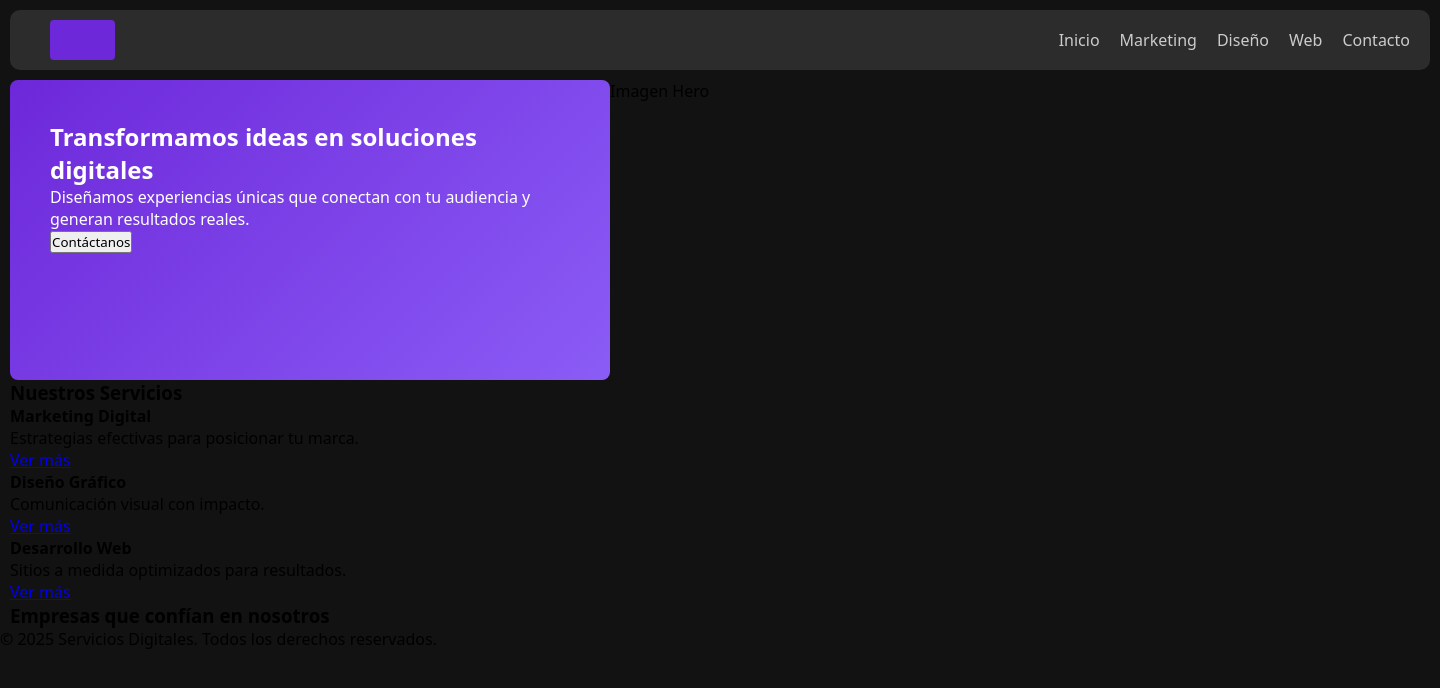
Repository: santinogarrone/TrabajoAgustin
Page: html/index.html
An editor plug-in stored every save of this project. The page is shown before and after a run of saves, followed by the edit.
The browser window is 1440 px wide. The pictures show the whole page.

Above is the page before, as saved 2025-05-02 12:15:30.

### html/index.html
<!DOCTYPE html>
<html lang="en">
<head>
    <meta charset="UTF-8">
    <meta name="viewport" content="width=device-width, initial-scale=1.0">
    <link rel="stylesheet" href="../css/style.css">
    <title>Página de Agustin</title>
</head>
<body>

    <header>
        <nav class="nav-bar">
            <div class="cuadrado-violeta">

            </div>


            <ul class="nav-list">
                <li class="nav-item"><a href="">Inicio</a></li>
                <li class="nav-item"><a href="">Marketing</a></li>
                <li class="nav-item"><a href="">Diseño</a></li>
                <li class="nav-item"><a href="">Web</a></li>
                <li class="nav-item"><a href="">Contacto</a></li>
            </ul>

            <button class="menu-icon" aria-label="menu">
                <span class="menu-line"></span>
                <span class="menu-line"></span>
                <span class="menu-line"></span>
            </button>
        </nav>
    </header>
        <main>

            <section class="main-contact">
                <div class="contacto">
                    <h2 class="tit-contacto">Transformamos ideas en soluciones digitales</h2>
                    <p class="explicacion">Diseñamos experiencias únicas que conectan con tu audiencia y generan resultados reales.</p>

                    <button class="boton-contactar" onclick="location.href='../html/contacto.html'">
                        Contáctanos
                    </button>
                </div>

                <div class="img-hero">
                    Imagen Hero
                </div>
            </section>

            <section class="servicios">
                <h3>Nuestros Servicios</h3>

                <div class="card">
                    <h4>Marketing Digital</h4>
                    <p>Estrategias efectivas para posicionar tu marca.</p>
                    <a href="../html/marketing.html">Ver más</a>
                </div>

                <div class="card">
                    <h4>Diseño Gráfico</h4>
                    <p>Comunicación visual con impacto.</p>
                    <a href="#">Ver más</a>
                </div>

                <div class="card">
                    <h4>Desarrollo Web</h4>
                    <p>Sitios a medida optimizados para resultados.</p>
                    <a href="#">Ver más</a>
                </div>

            </section>

            <section class="empresas">
                <h3>Empresas que confían en nosotros</h3>
                <article class="logos">
                    <div class="logo"></div>
                    <div class="logo"></div>
                    <div class="logo"></div>
                    <div class="logo"></div>
                </article>

            </section>

        </main>

    <footer>
        <div class="ftr">
            <p>&copy; 2025 Servicios Digitales. Todos los derechos reservados.</p>
        </div>
    </footer>
</body>
</html>

### css/style.css
@import url(./global.css);

*{
    margin: 0;
    padding: 0;
    box-sizing: border-box;
    font-family: var(--font-family);
}


body{
    background-color: var(--fondo-color);
    height: 100%;
}
main{
    margin: 0 10px;
}

header{
    padding: 10px;
}
.cuadrado-violeta{
    display: block;
    width: 65px;
    height: 40px;
    background-color: var(--primary-color-original);
    border-radius: 4px;
    margin-left: 20px;
}


.nav-bar {
    display: flex;
    align-items: center;
    justify-content: space-between;
    background-color: #2c2c2c;
    padding: 10px 20px;
    border-radius: 10px;
    position: relative;
  }

  .menu-icon {
    display: none;
  }

  .menu-line {
    height: 4px;
    background-color: white;
    border-radius: 2px;
    width: 100%;
  }

  .nav-list {
    display: flex;
    gap: 20px;
    list-style: none;
    margin: 0;
    padding: 0;
  }

  .nav-item a {
    color: #ccc;
    text-decoration: none;
  }

  .main-contact{
    display: flex;
  }
  .main-contact .contacto{
    background: var(--primary-color-gradient);
    border-radius: 8px;
    color: var(--texto-color);
    padding: 40px;
    max-width: 750px;
    height: 300px;
    flex-direction: column;
    gap: 20px;
    width: 600px;
  }

  .tit-contacto{
    margin: 0;
  }


@media (min-width: 1440px){
    main{
        margin: 0 10px;
    }

    header{
        padding: 10px;
    }
    .cuadrado-violeta{
        display: block;
        width: 65px;
        height: 40px;
        background-color: var(--primary-color-original);
        border-radius: 4px;
        margin-left: 20px;
    }


    .nav-bar {
        display: flex;
        align-items: center;
        justify-content: space-between;
        background-color: #2c2c2c;
        padding: 10px 20px;
        border-radius: 10px;
        position: relative;
      }

      .menu-icon {
        display: none;
      }

      .menu-line {
        height: 4px;
        background-color: white;
        border-radius: 2px;
        width: 100%;
      }

      .nav-list {
        display: flex;
        gap: 20px;
        list-style: none;
        margin: 0;
        padding: 0;
      }

      .nav-item a {
        color: #ccc;
        text-decoration: none;
      }

      .main-contact{
        display: flex;
      }
      .main-contact .contacto{
        background: var(--primary-color-gradient);
        border-radius: 8px;
        color: var(--texto-color);
        padding: 40px;
        max-width: 750px;
        height: 300px;
        flex-direction: column;
        gap: 20px;
        width: 600px;
      }

      .tit-contacto{
        margin: 0;
      }
}

@media (375px >= width) {

    .hero-img{
        display: none;
    }
    .hero-texto p{
        display: none;
    }
    body{
        background-color: var(--fondo-color);
        height: 100%;
    }

    header{
        background-color: var(--superficie-dos);
        position: sticky;
        top: 0;
        margin: 0;
        border-radius: 0;
    }

    main{
        margin: 0px;
    }
    .explicacion{
        display: none;
    }

    .nav-list{
        display: none;
    }

    .img-hero{
        display: none;
    }
    .cuadrado-violeta{
        display: block;
        width: 65px;
        height: 40px;
        background-color: var(--primary-color-original);
        border-radius: 4px;
        margin-left: 20px;
    }

    .menu-icon{
        width: 30px;
        height: 30px;
        background: transparent;
        display: flex;
        flex-direction: column;
        gap: 4px;
        height: fit-content;
        border: none;
    }

    .menu-line{
        width: 100%;
        height: 4px;
        background-color: var(--texto-color);
        border: none;
        border-radius: 4px;

    }

    .nav-bar{
        display: flex;
        justify-content: space-between;
        align-items: center;
        padding: 5px 16px;
    }


    .main-contact{
        display: flex;
        padding: 24px;
        justify-content: center;
        align-items: center;
    }

    .contacto{
        display: block;
        padding: 34px;
        background: var(--primary-color-gradient);
        border-radius: 10px;
        color: var(--texto-color);
        height: auto;
        font-size: 12px;
    }

    .contacto .tit-contacto{
        text-align: center;
        align-items: center;
        font-weight: bold;
        margin-top: 30px;
    }

    .boton-contactar{
        display: block;
        margin: 0 auto;
        margin-bottom: 20px;
        margin-top: 12px;
        padding: 5px 20px;
        color: var(--primary-claro);
        background-color: var(--fondo-color);
        border-radius: 6px;
        cursor: pointer;
    }

    .servicios{
        display: flex;
        flex-direction: column;
        margin: 0 20px;
    }

    .servicios h3{
        color: var(--texto-color);
    }

    .card{
        margin-top: 5px;
        align-items: center;
        justify-content: center;
        background-color: var(--superficie-dos);
        border-radius: 8px;
        padding: 12px;
        margin-bottom: 15px;
    }

    .card h4{
        color: var(--texto-color);
    }

    .card p{
        color: var(--texto-secundario);
        padding-bottom: 20px;
    }

    .card a{
        display: inline-block;
        margin-bottom: 20px;
        color: var(--texto-color);
        cursor: pointer;
    }

    .empresas{
        display: flex;
        flex-direction: column;
        align-items: flex-start;
        margin-left: 20px;
    }

    .empresas h3{
        color: var(--texto-color);
        margin-bottom: 1rem;
    }

    .logos{
        margin-top: 5px;
        width: 335px;
        display: flex;
        justify-content: center;
        align-items : center;
        gap: 5px;
        background-color: var(--superficie-dos);
        border-radius: 8px;
        padding: 20px;
        margin-bottom: 10px;
    }

    .logo{
        width: 60px;
        height: 30px;
        background-color: #444444;
        border-radius: 5px;
    }

    .ftr{
        background-color: var(--superficie-dos);
        border-radius: 8px;
        text-align: center;
        margin: 15px 10px;
        padding: 16px;
        color: var(--texto-secundario);
    }
}

### css/global.css
:root{
    --primary-color-gradient : linear-gradient(135deg, #6D28D9, #8B5CF6);
    --primary-color-original : #6D28D9;
    --primary-claro : #8b5cf6;
    --secundary-color : #10b981;
    --acento-color : #f5930b;
    --fondo-color : #121212;
    --superficie-color : #1e1e1e;
    --superficie-dos : #2d2d2d;
    --texto-secundario : #A0A0A0;

    --texto-color : #fff;
    --font-family : 'system-ui'
}

After the next 2 saves:
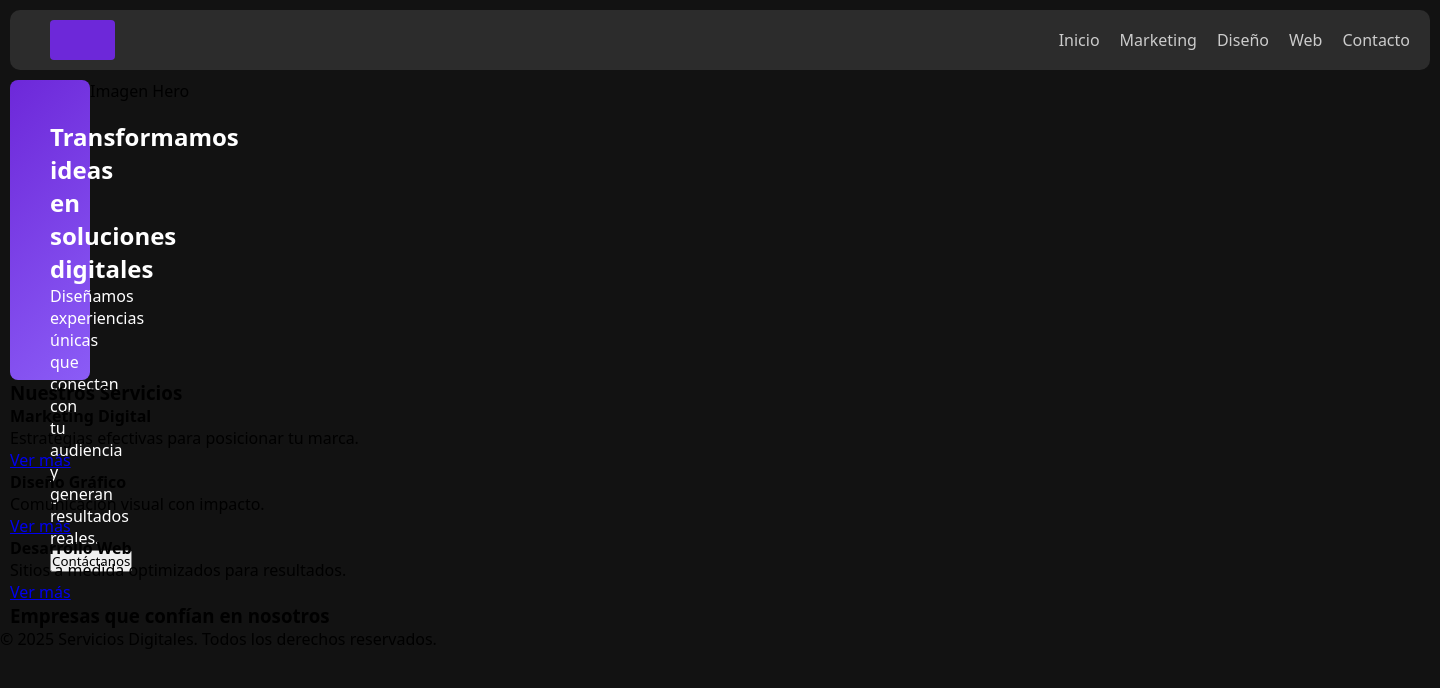
The 2 saves are shown as one change because they came seconds apart.
The last was saved 55 s later.
--- a/css/style.css
+++ b/css/style.css
@@ -147,7 +147,7 @@ header{
         height: 300px;
         flex-direction: column;
         gap: 20px;
-        width: 600px;
+        width: 40px;
       }
 
       .tit-contacto{
